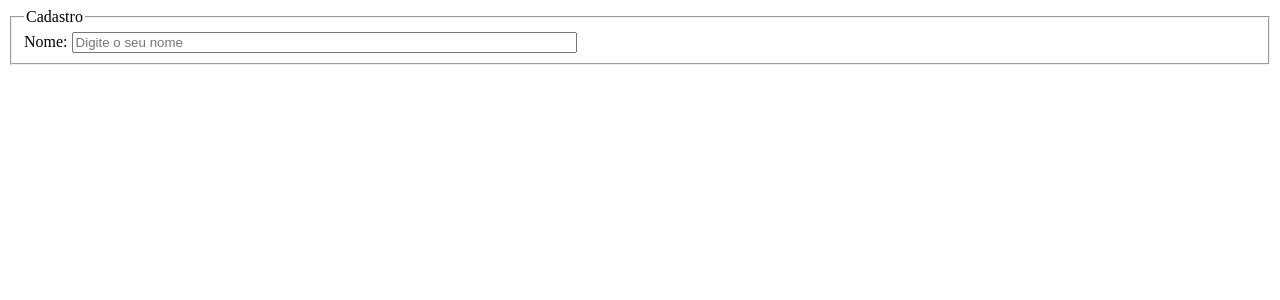
Repository: Lerif/WebServletLearning
Page: http://localhost/WebLearning/
The author's editor kept a copy of each file at every save. The page is drawn from the files as they stood at one save, then again after the next save.
The browser window is 1280 px wide. The pictures show the whole page.
The page is served by Tomcat 9. Other server files are loaded and not shown.

Above is the page before, as saved 2016-10-25 14:11:15.

### WebServelets/WebLearning/WebContent/TryJSP.jsp
<%@ page language="java" contentType="text/html; charset=UTF-8"
    pageEncoding="UTF-8"%>
<!DOCTYPE html>
<html>
<head>
<meta http-equiv="Content-Type" content="text/html; charset=UTF-8">
<title>HelloWorld</title>
</head>
<body>
	<form name = "CadastroUsuario" id="CadastroId" method="post">
		<fieldset>
			<legend>Cadastro</legend>
			Nome:
			<input type="text" 	name="nome" size="60" placeholder="Digite o seu nome" required/>
		</fieldset>
	</form>
</body>
</html>

After the next save:
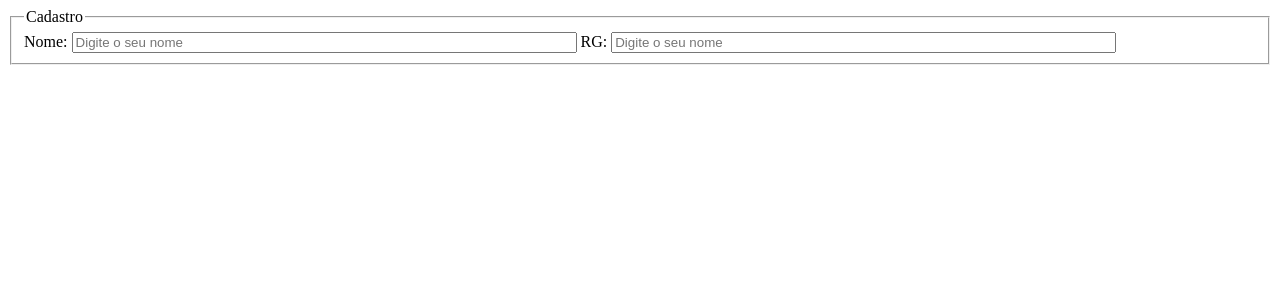
Saved 87 s later.
--- a/WebServelets/WebLearning/WebContent/TryJSP.jsp
+++ b/WebServelets/WebLearning/WebContent/TryJSP.jsp
@@ -12,6 +12,8 @@
 			<legend>Cadastro</legend>
 			Nome:
 			<input type="text" 	name="nome" size="60" placeholder="Digite o seu nome" required/>
+			RG:
+			<input type="text" 	name="rg" size="60" placeholder="Digite o seu nome" required/>
 		</fieldset>
 	</form>
 </body>
